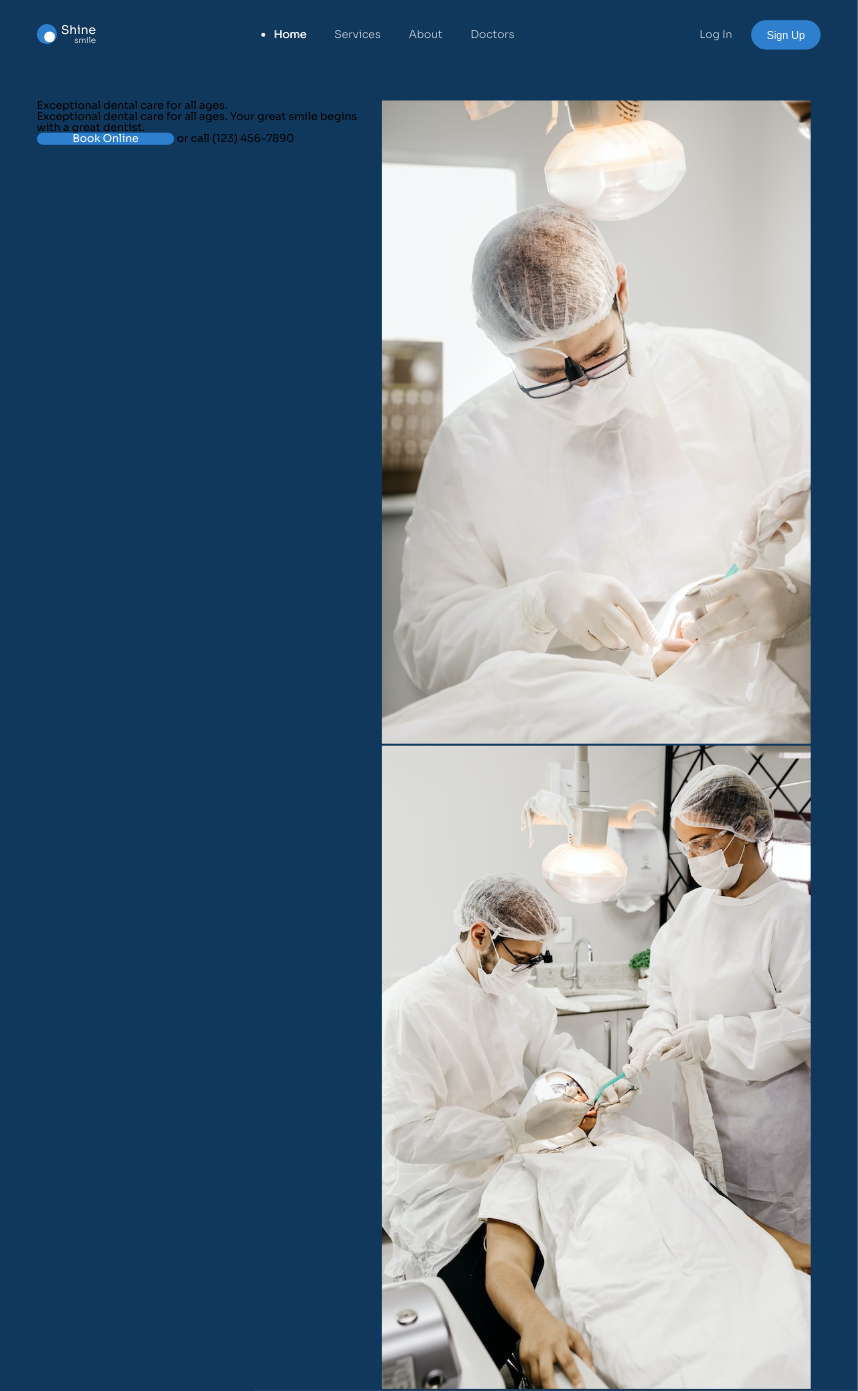
Repository: Tran-Dat/F8_Project_03
Page: index.html
An editor plug-in stored every save of this project. The page is shown before and after the next save, followed by the edit.
The browser window is 1280 px wide. The pictures show the whole page, at 67% of full size.

Above is the page before, as saved 2023-04-03 10:30:08.

After the next save:
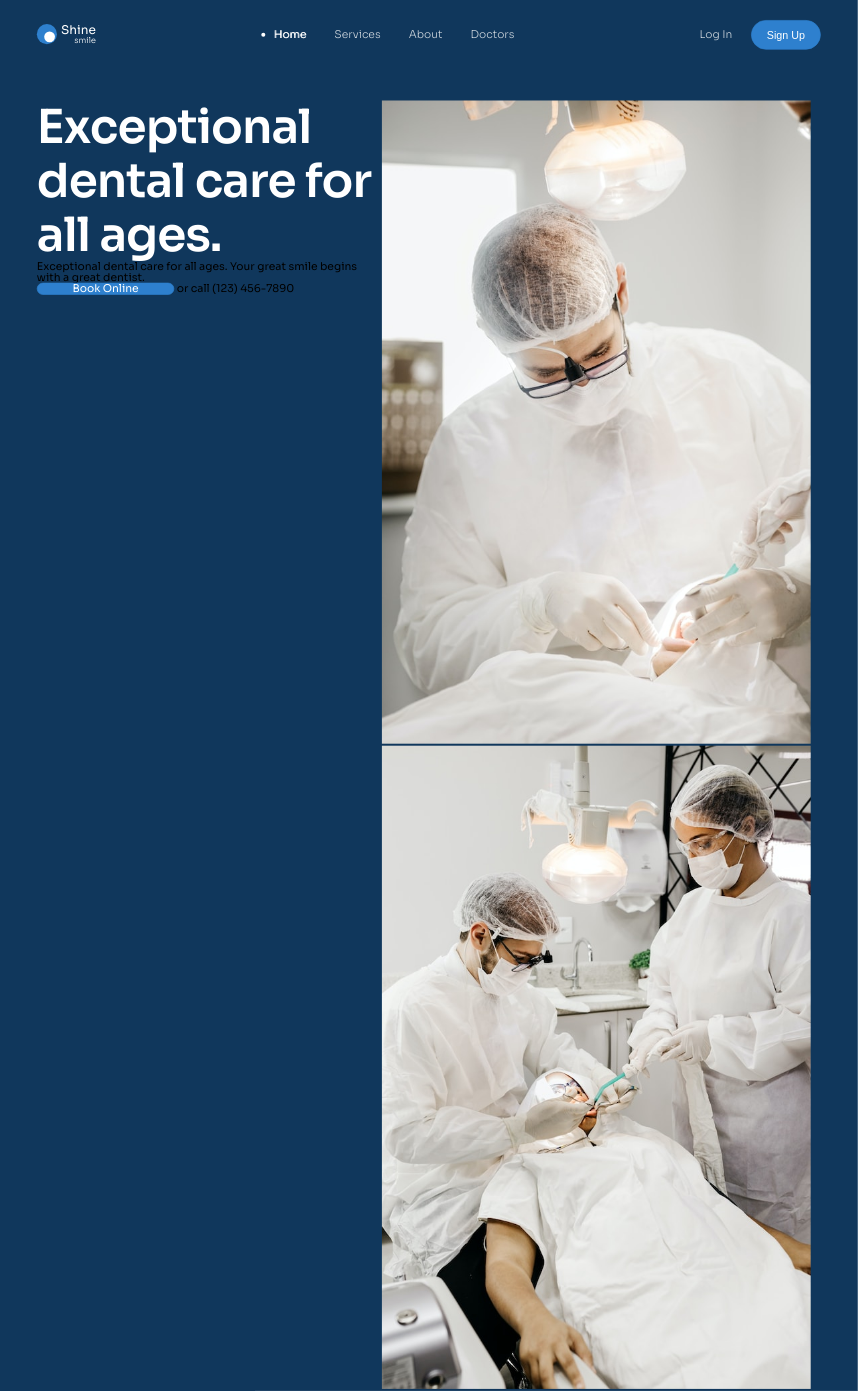
Saved 39 s later.
--- a/assets/css/style.css
+++ b/assets/css/style.css
@@ -167,6 +167,17 @@
     width: 44%;
 }
 
+.hero__heading {
+    font-weight: 600;
+    font-size: 70px;
+    line-height: 80px;
+    /* or 114% */
+
+    letter-spacing: -0.02em;
+
+    color: #ffffff;
+}
+
 .hero__media {
     flex-grow: 1;
 }
